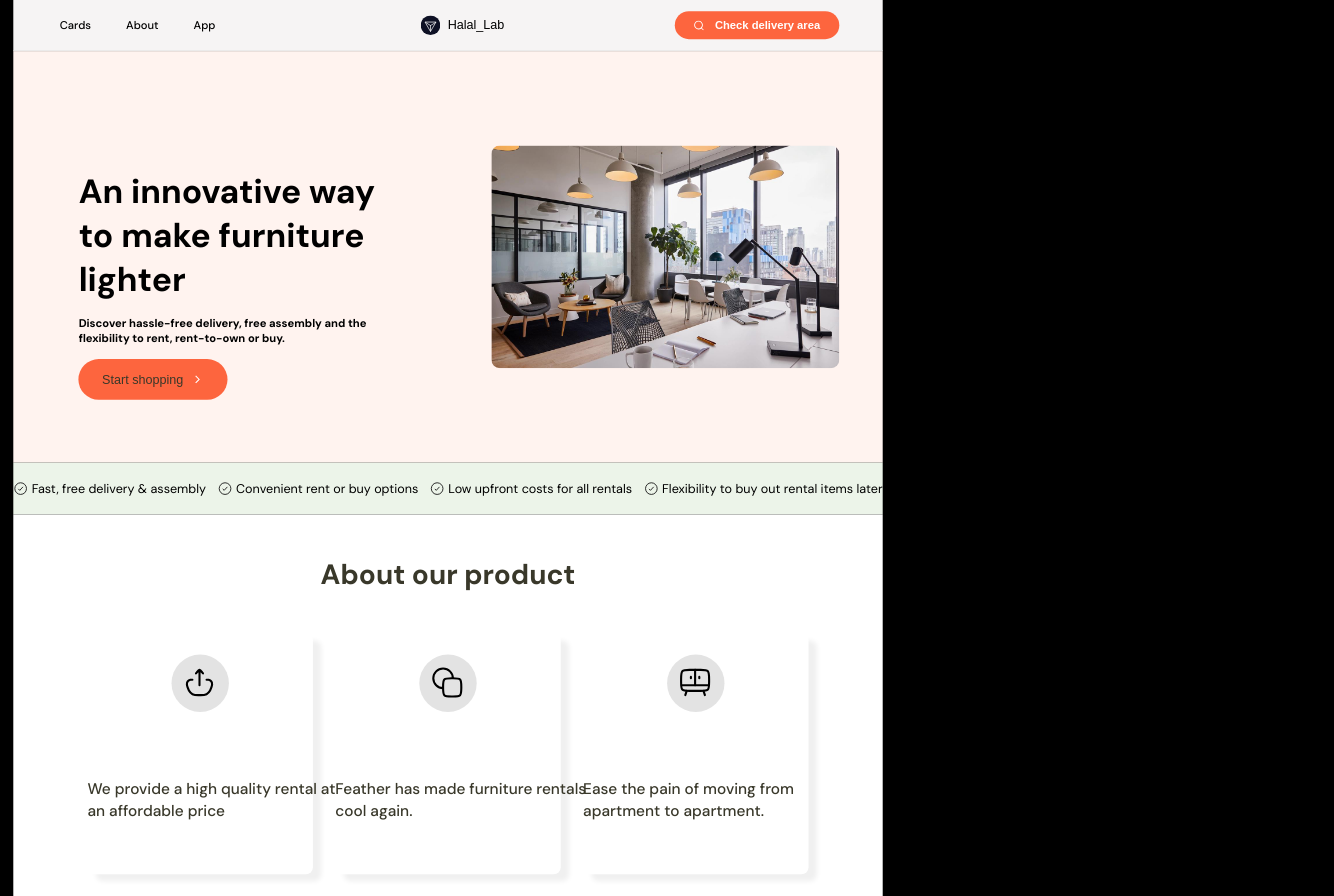
Repository: noman-source/Furniture-website
Page: index.html
The author's editor kept a copy of each file at every save. The page is drawn from the files as they stood at one save, then again after a run of saves.
The browser window is 1280 px wide. The page is 1905 px wide, so the pictures cover 1905 px, including what lies to the right of the window. The pictures show the part of the page from y = 0 to 1280 px (the page is 4310 px tall), at 70% of full size.

Above is the page before, as saved 2025-07-04 12:49:22.

### index.html
<!DOCTYPE html>
<html lang="en">

<head>
    <meta charset="UTF-8">
    <meta name="viewport" content="width=device-width, initial-scale=1.0">
    <title>Document</title>
    <link rel="stylesheet" href="style.css">
</head>

<body>
    <header>
        <div class="navbar">
            <div class="nav-left">
                <ul>
                    <li>Cards</li>
                    <li>About</li>
                    <li>App</li>
                </ul>
            </div>
            <div class="nav-center">
                <ul>
                    <li><img src="asserts/svg/navbar-logo.svg" alt=""></li>
                    <li>Halal_Lab</li>
                </ul>
            </div>
            <div class="nav-right"><button><img src="asserts/svg/search.svg" alt="">Check delivery area</button></div>
        </div>
    </header>
    <main>
        <div class="section1">
            <div class="section1-left">
                <div class="section1-text">
                    <h2>An innovative way to make furniture lighter</h2>
                    <h4>Discover hassle-free delivery, free assembly and the flexibility to rent, rent-to-own or buy.
                    </h4>
                    <div class="section1-butt"><button>
                            <p>Start shopping</p><img src="asserts/svg/arrow.svg" alt="">
                        </button></div>
                </div>
            </div>
            <div class="section1-right">
                <img src="asserts/image/img 1.jpg" alt="">
            </div>
        </div>
        <div class="section2">
            <ul>
                <li><img src="asserts/svg/checkmark-circle-01.svg" alt="">Fast, free delivery & assembly</li>
                <li><img src="asserts/svg/checkmark-circle-01.svg" alt="">Convenient rent or buy options</li>
                <li><img src="asserts/svg/checkmark-circle-01.svg" alt="">Low upfront costs for all rentals</li>
                <li><img src="asserts/svg/checkmark-circle-01.svg" alt="">Flexibility to buy out rental items later</li>
            </ul>
        </div>
        <div class="section3">
            <p>About our product</p>
            <div class="section3-content">
                <div class="box box1">
                    <div class="circle"><img src="asserts/svg/upload-03.svg" alt=""></div>
                    <p>We provide a high quality rental at an affordable price</p>
                </div>
                <div class="box box2">
                    <div class="circle"><img src="asserts/svg/drawing-mode.svg" alt=""></div>
                    <p>Feather has made furniture rentals
                        cool again.</p>
                </div>
                <div class="box box3">
                    <div class="circle"><img src="asserts/svg/cabinet-01.svg" alt=""></div>
                    <p>Ease the pain of moving from
                        apartment to apartment.</p>
                </div>

            </div>
        </div>
        <div class="section4">
            <p>Browse by room</p>
            <div class="section4-content">
                <div class="box box1"><img src="asserts/image/img 2.png" alt="">
                    <p>Office <img src="asserts/svg/Vector.svg" alt=""></p>
                </div>
                <div class="box box2"><img src="asserts/image/img 3.png" alt="">
                    <p>Bedroom <img src="asserts/svg/Vector.svg" alt=""></p>
                </div>
                <div class="box box3"><img src="asserts/image/img 4.png" alt="">
                    <p>Living room <img src="asserts/svg/Vector.svg" alt=""></p>
                </div>
                <div class="box box4"><img src="asserts/image/img 5.png" alt="">
                    <p>Dining room <img src="asserts/svg/Vector.svg" alt=""></p>
                </div>
            </div>
        </div>
        <div class="section5">
            <div class="section5-top">
                <div class="left">
                    <div class="text">
                        <h3>Hassle free</h3>
                        <p>High quality but affordable rental designs.</p>
                    </div>
                    <div class="button"><button>Learn more <img src="asserts/svg/arrow-down-01.svg" alt=""></button>
                    </div>
                </div>
                <div class="right"><img src="asserts/image/img 6.png" alt=""></div>
            </div>
            <div class="section5-middle">
                <div class="right"><img src="asserts/image/img 7.png" alt=""></div>
                <div class="left">
                    <div class="text">
                        <h3>Risk free</h3>
                        <p>Furniture three ways. Rent, rent-to-own, or buy. Your furniture is as flexible as you need it
                            to be.</p>
                    </div>
                    <div class="button"><button>Learn more <img src="asserts/svg/arrow-down-01.svg" alt=""></button>
                    </div>
                </div>
            </div>
            <div class="section5-end">
                <div class="left">
                    <div class="text">
                        <h3>Waste free</h3>
                        <p>Last year we saved 522 tons of furniture from landfills. With your help, we can do even more.
                        </p>
                    </div>
                    <div class="button"><button>Learn more <img src="asserts/svg/arrow-down-01.svg" alt=""></button>
                    </div>
                </div>
                <div class="right"><img src="asserts/image/img 8.png" alt=""></div>
            </div>
        </div>
        <div class="section6">
            <div class="section6-content">
                <h3>Shop what’s new</h3>
                <div class="boxes">
                    <div class="box">
                        <div class="box-top"><img src="asserts/image/img 9.png" alt=""></div>
                        <div class="box-bottom">
                            <h4>Valencia Modular </h4>
                            <p>$2,999</p>
                        </div>
                    </div>
                    <div class="box">
                        <div class="box-top"><img src="asserts/image/img 10.png" alt=""></div>
                        <div class="box-bottom">
                            <h4>The Floyd sofa</h4>
                            <p>$1200</p>
                        </div>
                    </div>
                    <div class="box">
                        <div class="box-top"><img src="asserts/image/img 11.png" alt=""></div>
                        <div class="box-bottom">
                            <h4>Playa Outdoor</h4>
                            <p>$1999</p>
                        </div>
                    </div>
                    <div class="box">
                        <div class="box-top"><img src="asserts/image/img 12.png" alt=""></div>
                        <div class="box-bottom">
                            <h4>Remi standing</h4>
                            <p>$2,999</p>
                        </div>
                    </div>
                </div>
            </div>
        </div>
    </main>

    <footer>
        <div class="boxes">
            <div class="box box1">
                <div class="box1-top">
                    <p>Be in the know<br>
                        Get the latest products, promotions, and design tips in your inbox. Sign up and get 25% off your
                        first month.</p>
                </div>
                <div class="box1-bottom"><input type="email"placeholder="Email"><button>Submit</button></div>
            </div>
            <div class="box box2"><ul>
                <li>Shop</li>
                <li>The Goods</li>
                <li>Feather for Business</li>
                <li>Get design help</li>
            </ul></div>
            <div class="box box3"><ul>
                <li>Help</li>
                <li>hello@livefeather.com</li>
                <li>FAQs</li>
            </ul></div>
            <div class="box box4"><ul>
                <li>Follow us</li>
                <li><img src="asserts/svg/Instagram.svg" alt=""><img src="asserts/svg/Twitter.svg" alt=""><img src="asserts/svg/pinterest.svg" alt=""><img src="asserts/svg/Facebook.svg" alt=""><img src="asserts/svg/linkdin.svg" alt=""></li>
            </ul></div>
        </div>
    </footer>

</body>

</html>

### style.css
@import url('https://fonts.googleapis.com/css2?family=DM+Sans:ital,opsz,wght@0,9..40,100..1000;1,9..40,100..1000&display=swap');
@import url('https://fonts.googleapis.com/css2?family=DM+Sans:ital,opsz,wght@0,9..40,100..1000;1,9..40,100..1000&display=swap');
@import url('https://fonts.googleapis.com/css2?family=DM+Sans:ital,opsz,wght@0,9..40,100..1000;1,9..40,100..1000&display=swap');

body {
    font-family: "DM Sans", sans-serif;
    background-color: black;
}

.website {
    background-color: white;
}

* {
    margin: 0;
    padding: 0;
}

header .navbar {
    width: 97%;
    margin: auto;
    height: 72px;
    display: flex;
    justify-content: space-around;
    align-items: center;
    background-color: rgb(246, 244, 244);
    gap: 13%;
    border-bottom: 1px solid #E4E4E4;
}

header .navbar .nav-left {
    font-size: 16px;
    font-weight: 500;
    line-height: 24px;
    letter-spacing: -1%;
}

header .navbar .nav-left ul {
    display: flex;
    justify-content: center;
    align-items: center;
    gap: 50px;
}

header .navbar .nav-left ul li {
    list-style-type: none;
}

header .navbar .nav-center ul {
    display: flex;
    justify-content: center;
    align-items: center;
    gap: 10px;
    font-family: "Ramabhadra", sans-serif;
}

header .navbar .nav-center ul li {
    list-style-type: none;
    font-size: 18px;
    font-weight: 400;
    display: flex;
    justify-content: center;
    align-items: center;
}

header .navbar .nav-right button {
    width: 130%;
    height: 40px;
    background-color: #FD653E;
    border-radius: 32px;
    border: none;
    transform: translateX(-50px);
    display: flex;
    justify-content: center;
    align-items: center;
    gap: 15px;
    font-size: 16px;
    font-weight: 700;
    color: white;
}

main .section1 {
    width: 97%;
    margin: auto;
    height: 588px;
    background-color: #FFF3EF;
    display: flex;
    justify-content: space-around;
    align-items: center;
}

main .section1 .section1-right {
    width: 50%;
    display: flex;
    justify-content: center;
    align-items: center;
}

main .section1 .section1-left {
    width: 50%;
}

main .section1 .section1-left .section1-text {
    width: 70%;
    margin: auto;
    height: 250px;
    display: flex;
    flex-direction: column;
    gap: 20px;
}

main .section1 .section1-left .section1-text h2 {
    font-size: 48px;
    font-weight: 700;
}

main .section1 .section1-left .section1-text p {
    font-size: 18px;
    font-weight: 400;
    color: #39382A;
}

main .section1 .section1-left .section1-text button {
    width: 213px;
    height: 58px;
    display: flex;
    justify-content: center;
    align-items: center;
    gap: 10px;
    border-radius: 32px;
    border: transparent;
    background-color: #FD653E;
}

main .section1 .section1-left .section1-text button a {
    color: white;
    font-size: 20px;
    font-weight: 700;
    font-family: "DM Sans", sans-serif;
}

main .section1 .section1-right img {
    width: 80%;
    border-radius: 12px;
}

.section2 {
    height: 74px;
    width: 97%;
    margin: auto;
    background-color: #ECF4E9;
}

.section2 ul {
    height: 74px;
    display: flex;
    justify-content: space-between;
    align-items: center;
}

.section2 ul li {
    font-family: "DM Sans", sans-serif;
    list-style-type: none;
    display: flex;
    justify-content: center;
    align-items: center;
    gap: 5px;
    font-size: 18px;
    font-weight: 400;
}

.section3 {
    width: 97%;
    margin: auto;
    height: 515px;
    background-color: white;
}

.section3 > h2 {
    font-size: 40px;
    font-weight: 700;
}

.section3 p {
    font-size: 40px;
    font-weight: 700;
    height: 170px;
    display: flex;
    color: #39382A;
    justify-content: center;
    align-items: center;
}

.section3-content {
    display: flex;
    justify-content: center;
    align-items: center;
    gap: 32px;
}

.section3-content .box {
    width: 322px;
    border-radius: 10px;
    height: 344px;
    display: flex;
    align-items: center;
    justify-content: center;
    flex-direction: column;
    gap: 50px;
    box-shadow: 12px 10px 8px #F0F0F0;
}

.section3-content .box .circle {
    width: 50px;
    height: 50px;
    transform: translateY(30px);
    gap: 10px;
    border-radius: 99px; /* Corrected to 99px based on later image */
    padding: 16px; /* Corrected to 16px based on later image */
    background-color: #E3E3E3; /* Corrected to #E3E3E3 based on later image */
}

.section3-content .box p {
    width: 373px;
    margin: auto;
    display: flex;
    font-family: DM Sans;
    font-weight: 500;
    font-size: 22px;
    line-height: 32px;
    /* letter-spacing: 0%; */
    /* vertical-align: middle; */
}

.section4 {
    width: 97%;
    margin: auto;
    height: 551px;
    background-color: white;
}

.section4 p {
    font-weight: 700;
    font-size: 40px;
    line-height: 56px;
    letter-spacing: 0.9px;
    padding-top: 50px;
    padding-left: 100px; /* Added based on later image */
}

.section4 .section4-content {
    height: 287px;
    display: flex;
    justify-content: flex-start;
    padding-left: 100px;
    padding-top: 50px;
    gap: 32px;
}

.section4 .section4-content .box {
    height: 287px;
    display: flex;
    flex-direction: column;
    gap: 20px;
}

.section4 .section4-content .box img {
    height: 230px;
    width: 230px;
    border-radius: 12px;
}

.section4 .section4-content .box p {
    font-family: DM Sans;
    font-weight: 500;
    font-size: 22px;
    line-height: 32px;
    display: flex;
    gap: 16px; /* Corrected to 16px based on later image */
    justify-content: flex-start;
    align-items: center; /* Added based on later image */
    color: #39382A; /* Added based on later image */
}

.section5 {
    height: 1548px;
    background-color: white;
    width: 97%;
    margin: auto;
    display: flex;
    justify-content: center;
    align-items: center;
    flex-direction: column;
    gap: 40px;
}

.section5 > .section5-top,
.section5-middle,
.section5-end {
    height: 430px;
    border: 2px solid #E4E4E4;
    width: 87%;
    margin: auto;
    border-radius: 10px;
}

.section5 .section5-top {
    background-color: #ECF4E9;
    display: flex;
    justify-content: space-around;
    align-items: center;
}

.section5 .section5-middle {
    background-color: #FEF3EE;
    display: flex;
    justify-content: space-around;
    align-items: center;
}

.section5 .section5-end {
    background-color: #F0F8FA;
    display: flex;
    justify-content: space-around;
    align-items: center;
}

.section5 .right img {
    width: 60px;
    height: 388px;
    border-radius: 60px;
}

.section5 .left {
    width: 50%;
    display: flex;
    flex-direction: column;
    justify-content: center;
    align-items: center;
    gap: 30px;
}

.section5 .left .text {
    display: flex;
    flex-direction: column;
    gap: 16px;
}

.section5 .left .button {
    display: flex;
    justify-content: flex-start;
}

.section5 .left .text button {
    width: 400px;
}

.section5 .right {
    padding: 20px;
}

.section5 h3 {
    font-weight: 700;
    font-size: 40px;
    line-height: 50px;
    letter-spacing: 0.96px;
}

.section5 p {
    font-family: DM Sans;
    font-weight: 500;
    font-size: 22px;
    line-height: 32px;
    letter-spacing: 0%; /* Added based on later image */
    vertical-align: middle; /* Added based on later image */
    color: #39382A; /* Added based on later image */
}

.section5 .left button {
    width: 202px;
    height: 56px;
    gap: 10px;
    border-width: 1px;
    padding-top: 16px;
    padding-right: 32px;
    padding-bottom: 16px;
    padding-left: 32px;
    border-radius: 32px;
    background-color: transparent;
    border: 2px solid #FD653E;
    color: #FD653E;
    display: flex;
    justify-content: center;
    align-items: center;
    font-family: DM Sans;
    font-weight: 700;
    font-size: 18px;
}

.section6 {
    background-color: white;
    height: 730px;
    width: 97%;
    margin: auto;
}

.section6 img {
    width: 286px;
    height: 203px;
    border-radius: 12px;
}

.section6 .section6-content {
    height: 548px;
    background-color: #FFFCF8;
    width: 90.7%;
    margin: auto;
    padding-left: 180px;
    padding-top: 80px;
    display: flex;
    flex-direction: column;
    gap: 20px;
}

.section6-content .boxes {
    display: flex;
    gap: 32px;
}

.section6-content .boxes .box {
    display: flex;
    flex-direction: column;
    gap: 19px;
}

.section6 h2 {
    font-family: Circular Std;
    font-weight: 700;
}

.section6 h3 {
    /* font-family: Circular Std; */
    font-weight: 700;
    font-size: 40px;
    line-height: 50px;
    letter-spacing: 0px;
    vertical-align: middle;
    color: #39382A;
}

.section6-content .box-bottom {
    display: flex;
    flex-direction: column;
    gap: 4px;
}

.section6-content .box-bottom h4 {
    font-family: DM Sans;
    font-weight: 500;
    font-size: 18px;
    line-height: 26px;
    letter-spacing: 0%;
    vertical-align: middle;
    color: #39382A;
}

.section6-content .box-bottom p {
    font-family: DM Sans;
    font-weight: 500;
    font-size: 10px;
    line-height: 14px;
    letter-spacing: 0%;
    vertical-align: middle;
    color: #ED653B;
}

footer {
    border-top: 1px solid #DC0805;
    width: 97%;
    background-color: white;
    height: 230px;
    margin: auto;
    display: flex;
    justify-content: center;
    align-items: center;
    /* transform: translateY(130px); */
}

footer .boxes {
    display: grid;
    grid-template-columns: 403px 180px 180px 170px;
    width: 85%;
    margin: auto;
    /* background-color: #39382A; */
    height: 144px;
    justify-content: space-between;
}

footer .boxes .box1 {
    display: flex;
    flex-direction: column;
    gap: 20px;
}

footer .boxes .box1-top {
    font-family: DM Sans;
    font-weight: 700;
    font-size: 34px;
}

footer .boxes .box1 .box1-top {
    font-weight: 400;
    font-size: 14.13px;
    line-height: 24px;
    letter-spacing: 0%;
    vertical-align: middle;
}

footer .boxes .box1 .box1-bottom {
    display: flex;
    gap: 16px;
    justify-content: center;
    align-items: center;
}

footer .boxes .box1 .box1-bottom input {
    width: 245px;
    height: 48px;
    border: 1px solid #EDEDED;
    border-radius: 32px;
    outline: none;
}

footer .boxes .box1 .box1-bottom input::placeholder {
    transform: translateX(20px);
    font-family: DM Sans;
    font-weight: 500;
    font-size: 16px;
    line-height: 24px;
    letter-spacing: 1%;
    vertical-align: middle;
    color: #BABABA;
}

footer .boxes .box1 .box1-bottom button {
    width: 140px;
    height: 48px;
    border-width: 1px;
    border-radius: 48px;
    border: 1px solid #ED653B;
    background-color: transparent;
    font-family: DM Sans;
    font-weight: 500;
    font-size: 16px;
    line-height: 24px;
    letter-spacing: 1%;
    vertical-align: middle;
    color: #ED653B;
}

footer .boxes ul li:first-child {
    font-weight: 500;
    font-size: 16px;
    letter-spacing: 0.16px;
    color: #2A2A2D;
}

footer .boxes ul {
    display: flex;
    flex-direction: column;
    gap: 16px;
}

footer .boxes ul li {
    list-style-type: none;
    font-family: DM Sans;
    font-weight: 400; /* Added based on latest image */
    font-size: 16px; /* Added based on latest image */
    color: #39382A; /* Added based on latest image */
}

footer .boxes .box4 li:last-of-type {
    display: flex;
    justify-content: space-between;
    align-items: center;
}

After the next 2 saves:
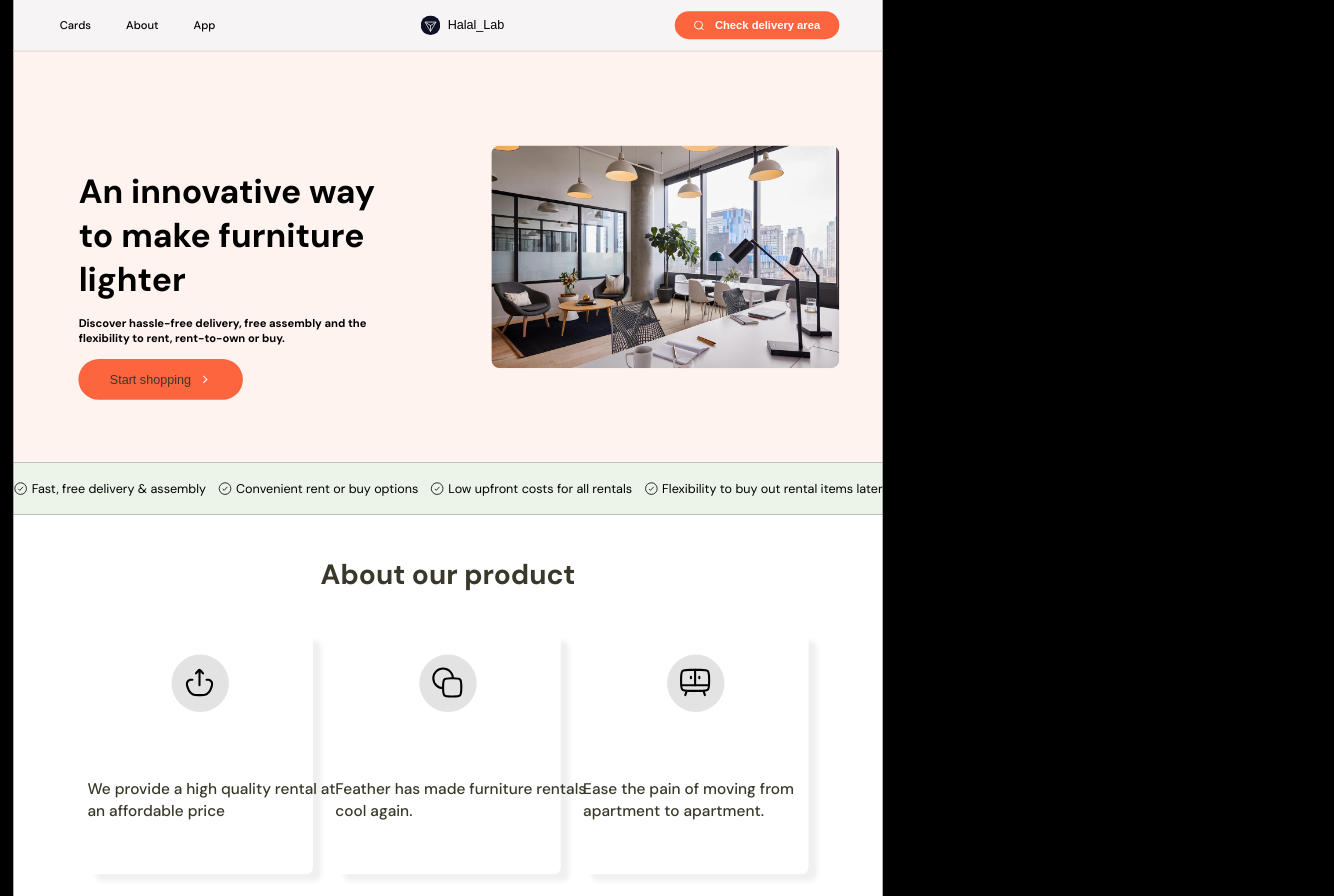
The 2 saves are shown as one change because they came seconds apart.
The last was saved 3 min 56 s later.
--- a/style.css
+++ b/style.css
@@ -121,7 +121,7 @@
 }
 
 main .section1 .section1-left .section1-text button {
-    width: 213px;
+    width: 235px;
     height: 58px;
     display: flex;
     justify-content: center;
